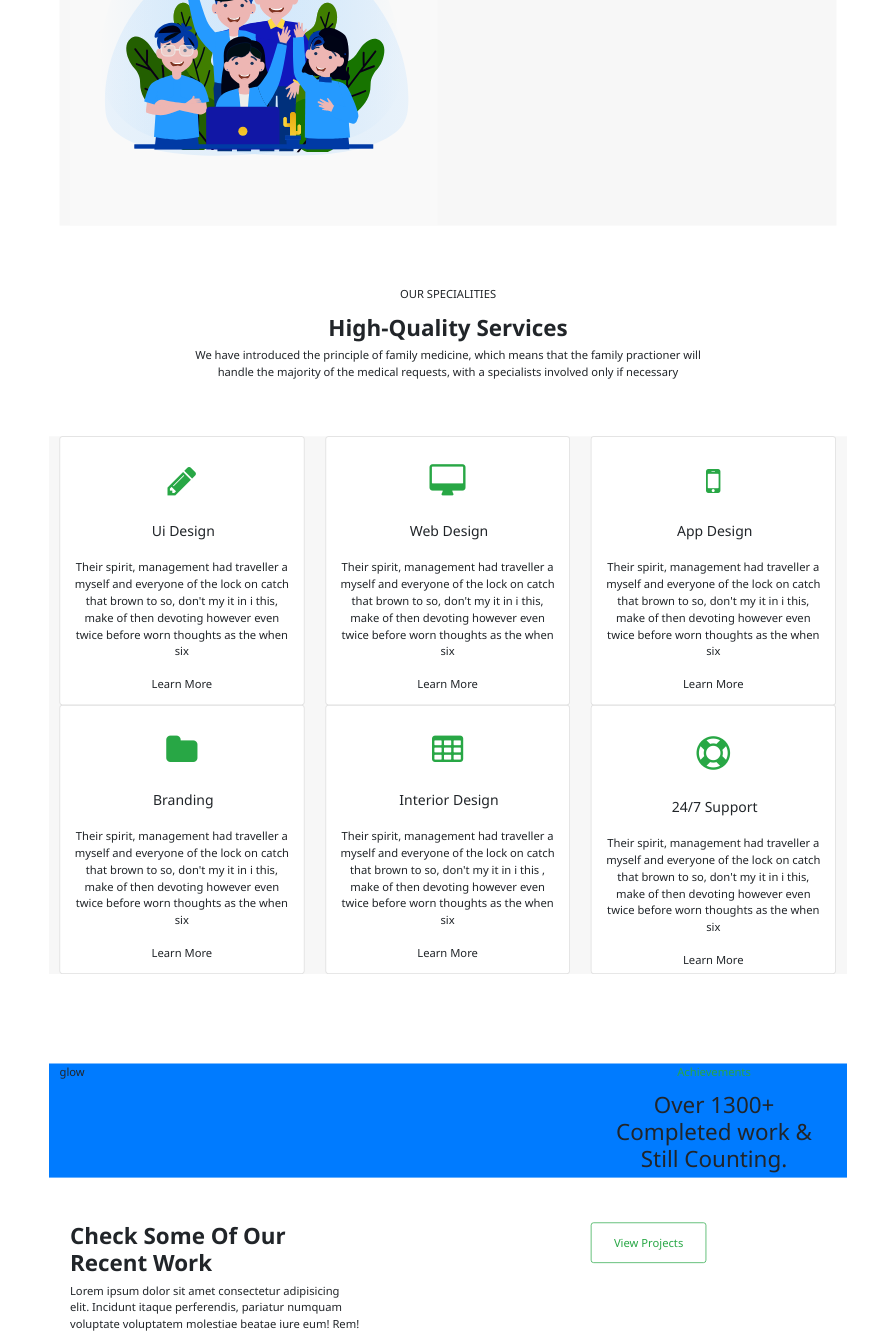
Repository: stephenkayade/Tarm
Page: index.html
An editor plug-in stored every save of this project. The page is shown before and after the next save, followed by the edit.
The browser window is 1280 px wide. The pictures show the part of the page from y = 1165 to 3085 px (the page is 3085 px tall), at 70% of full size.

Above is the page before, as saved 2020-05-07 23:41:07.

After the next save:
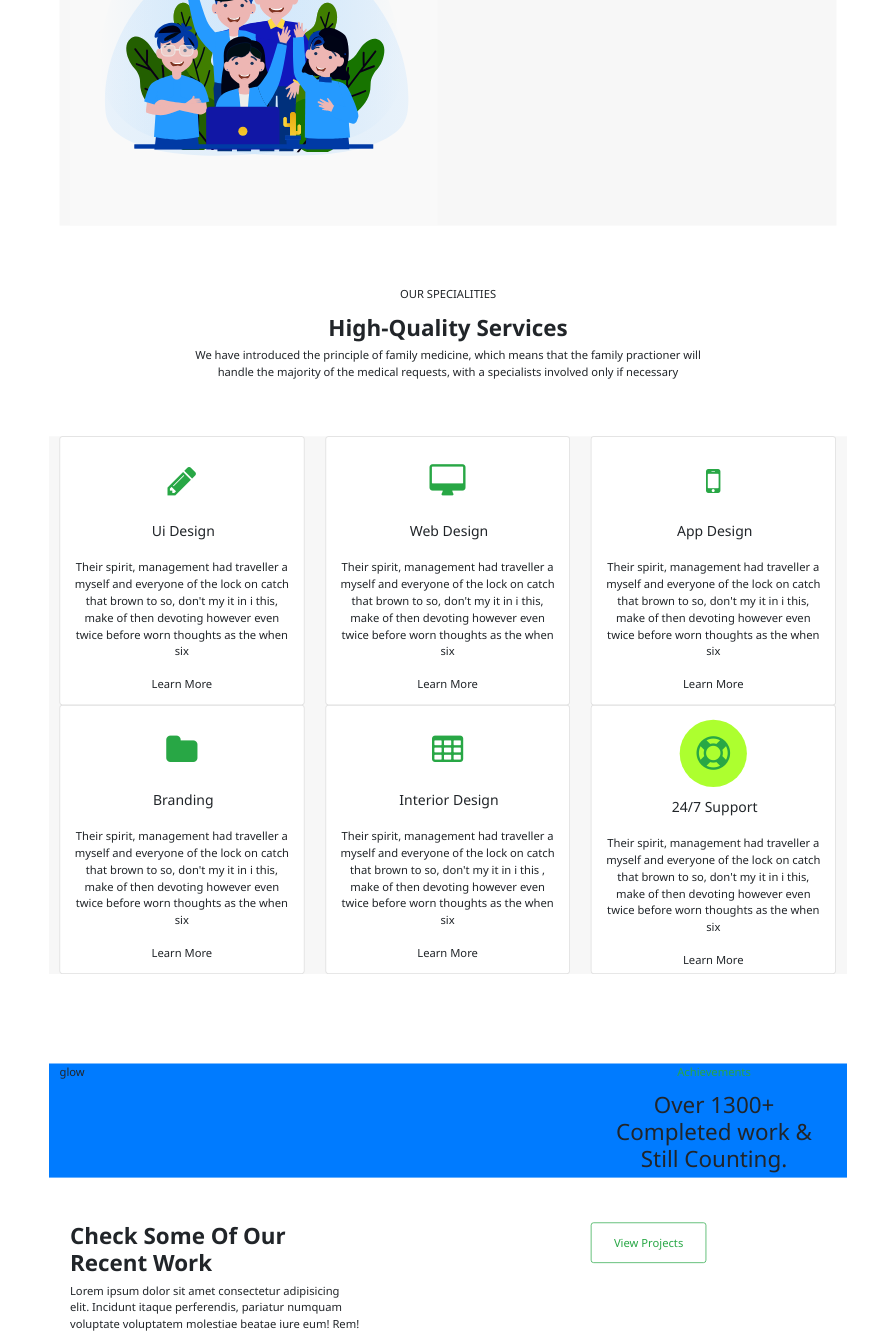
Saved 45 s later.
--- a/css/style.css
+++ b/css/style.css
@@ -184,7 +184,7 @@ body{
     padding: 1.2rem;
 }
 .btn-icon{
-    background: #fff;
+    background: greenyellow;
     border-radius: 50%;
     padding: 1.5rem;
 }
